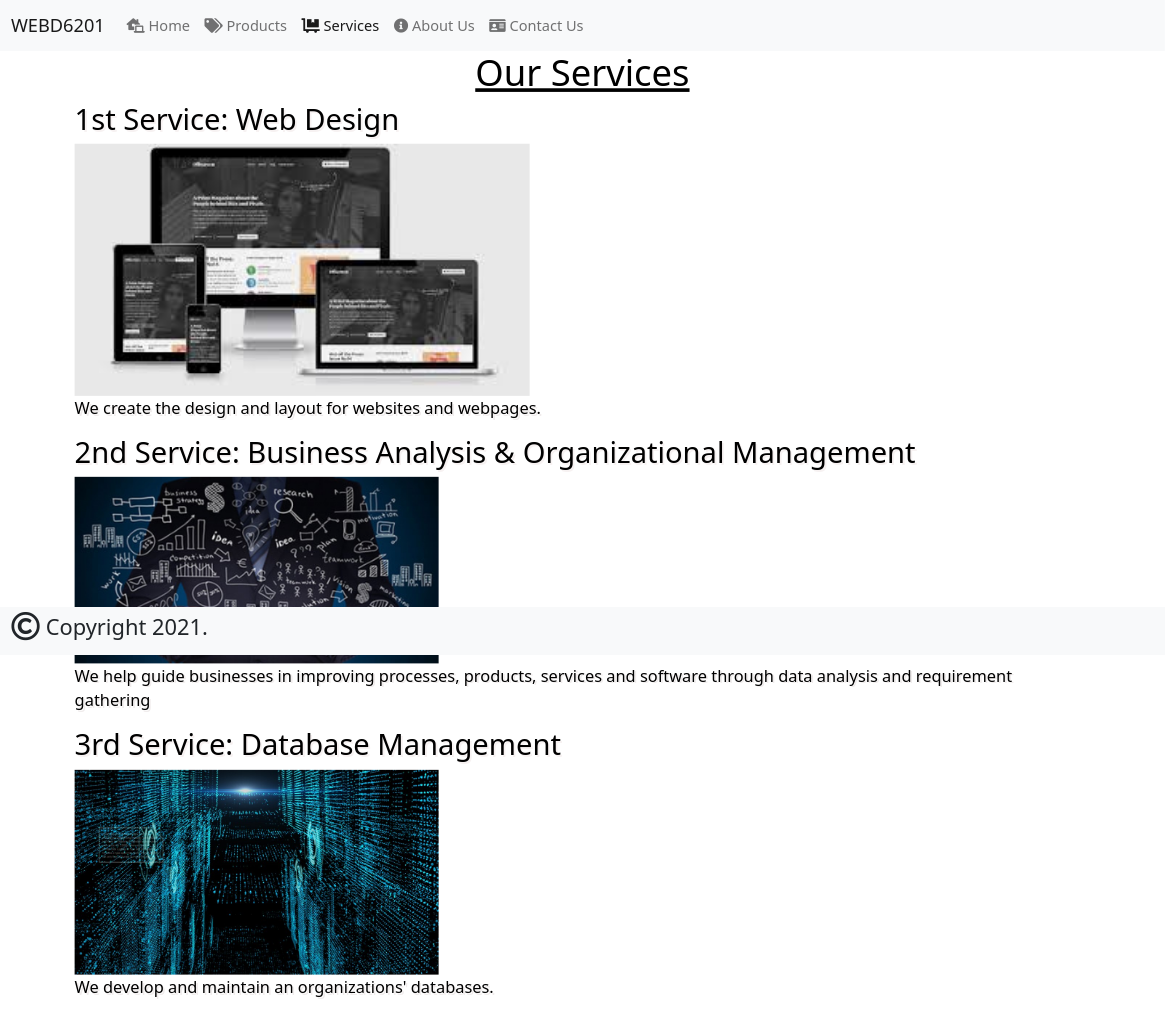
Repository: MuzhdaEhsan/WEBD6201-W2021-Lab1
Page: services.html
The author's editor kept a copy of each file at every save. The page is drawn from the files as they stood at one save, then again after the next save.
The browser window is 1280 px wide. The pictures show the whole page, at 91% of full size.

Above is the page before, as saved 2021-02-06 18:23:45.

After the next save:
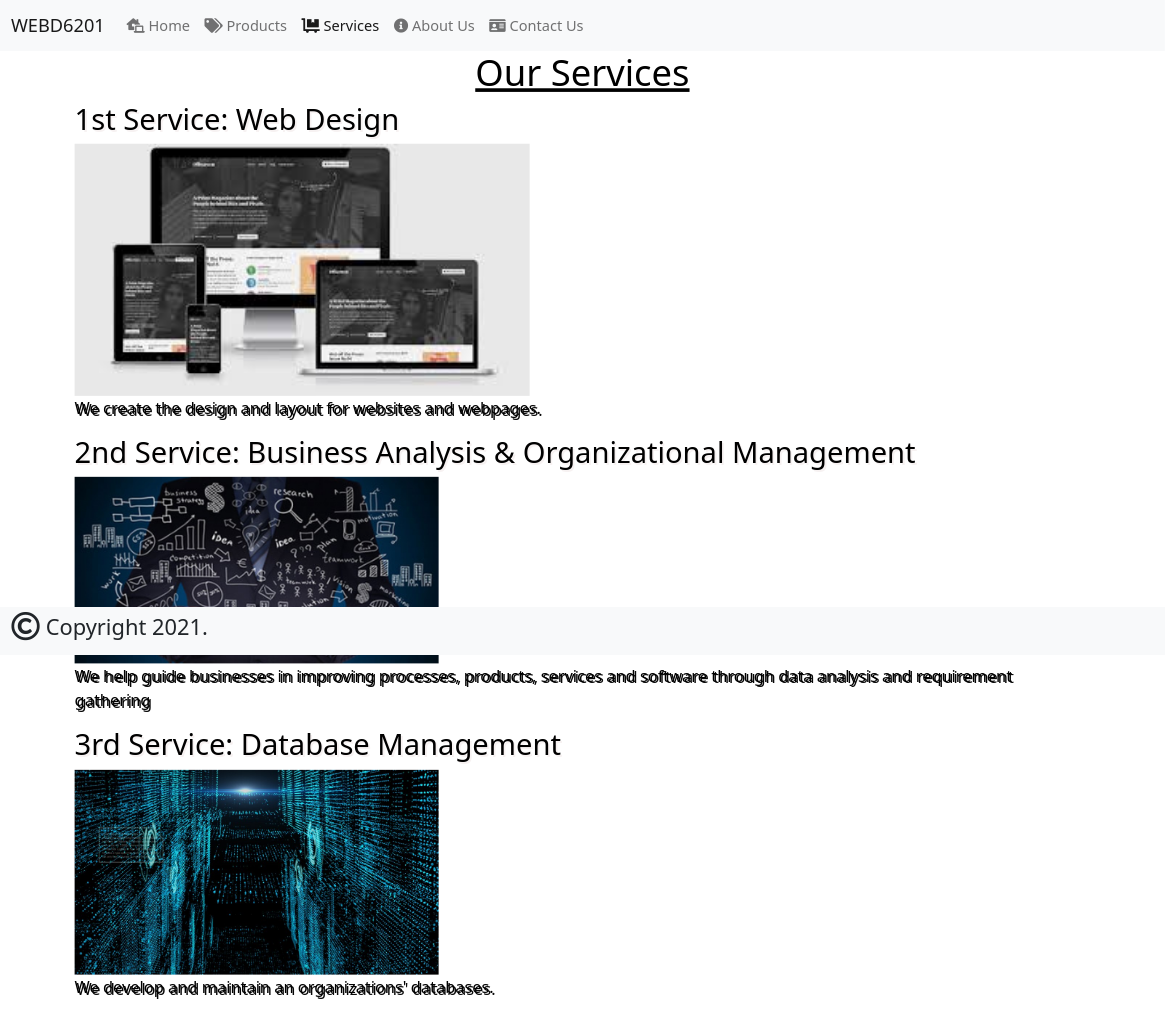
Saved 36 s later.
--- a/Content/app.css
+++ b/Content/app.css
@@ -26,7 +26,7 @@
 p{
     color:Black;
     font-size: large;
-    text-shadow: 2px 2px #f0ecec;
+    text-shadow: 2px 2px #080808;
 }
 
 
